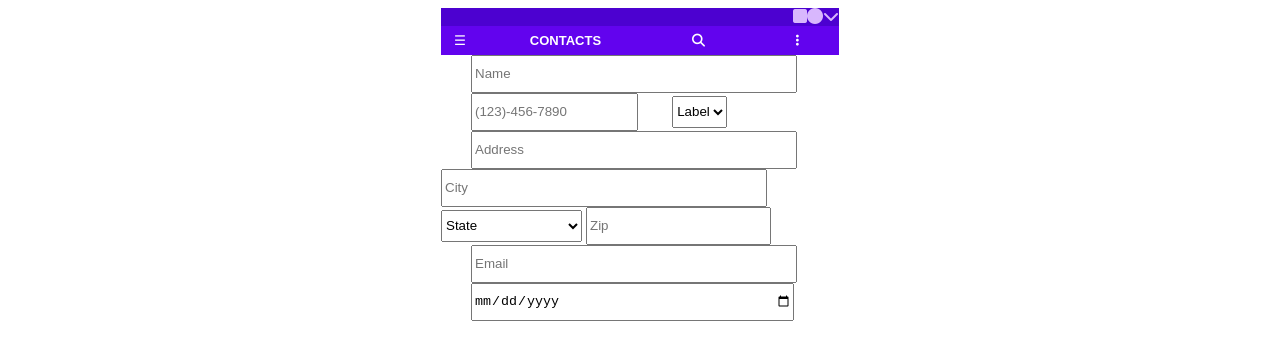
Repository: Sc-Juju/Mobile-Form
Page: index.html
An editor plug-in stored every save of this project. The page is shown before and after the next save, followed by the edit.
The browser window is 1280 px wide. The pictures show the whole page.
Some web libraries are served in a nearby version.

Above is the page before, as saved 2022-10-27 21:57:44.

After the next save:
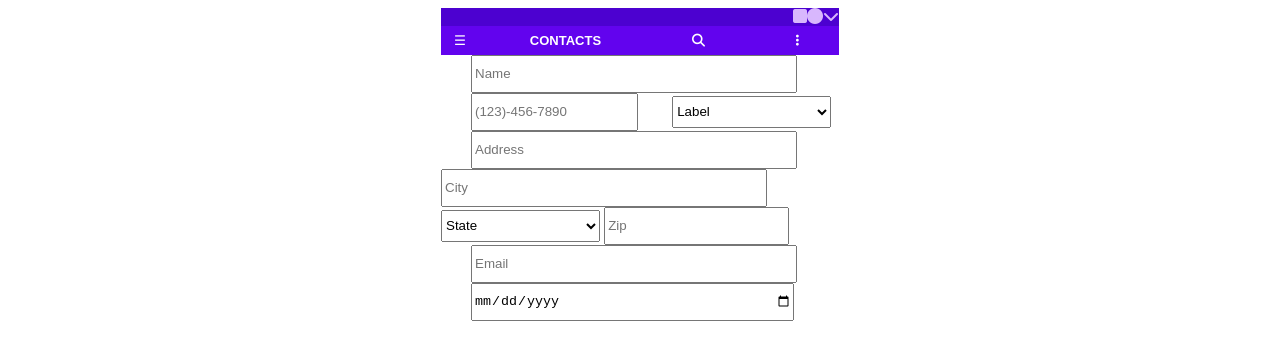
Saved 28 s later.
--- a/style.css
+++ b/style.css
@@ -70,7 +70,6 @@ input[type=text]{
 input[type=email]{ width: 80%;}
 input[type=date]{width: 80%;}
 input[type=tel]{width: 40%;}
-input[type=select]{width: 40%;}
 .grey-box{
     background-color: var(--content-box);
     border-top-style: hidden;
@@ -84,6 +83,7 @@ input{
 }
 select{
     height:2rem;
+    width: 40%;
 }
 label{
     padding-right: 20px;
